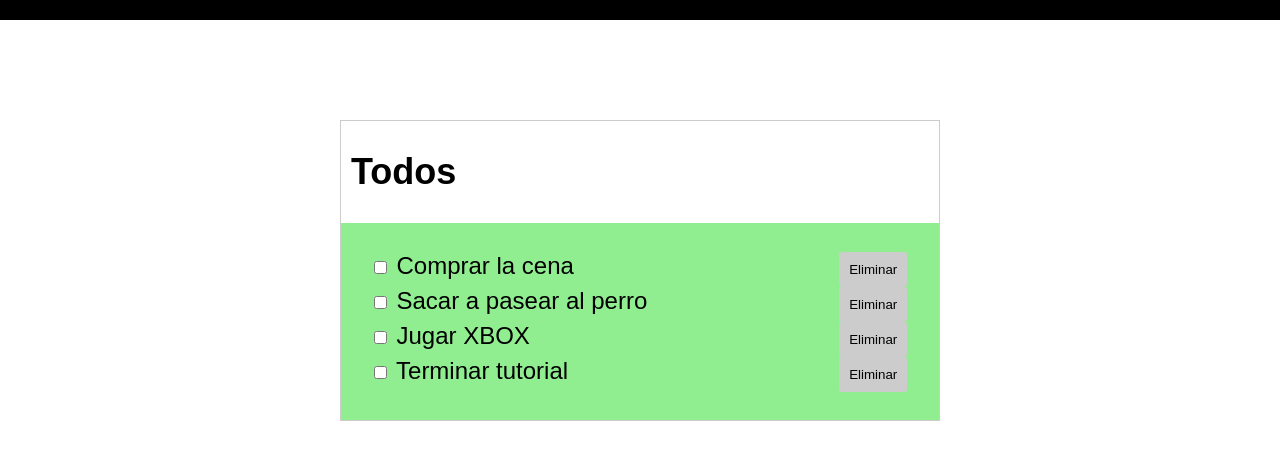
Repository: MauriVaz/Primer-app-con-Vue
Page: /
These files come from the project's save history. The page is drawn as it stood at one moment and after the next save; the edit follows.
The browser window is 1280 px wide. The pictures show the whole page.
The project was rebuilt for these pictures with package versions that can differ from the ones it lists, and the page was loaded fresh each time. Also part of the build but not shown: vue.config.js.

Above is the page before, as saved 2022-12-13 03:54:47.

After the next save:
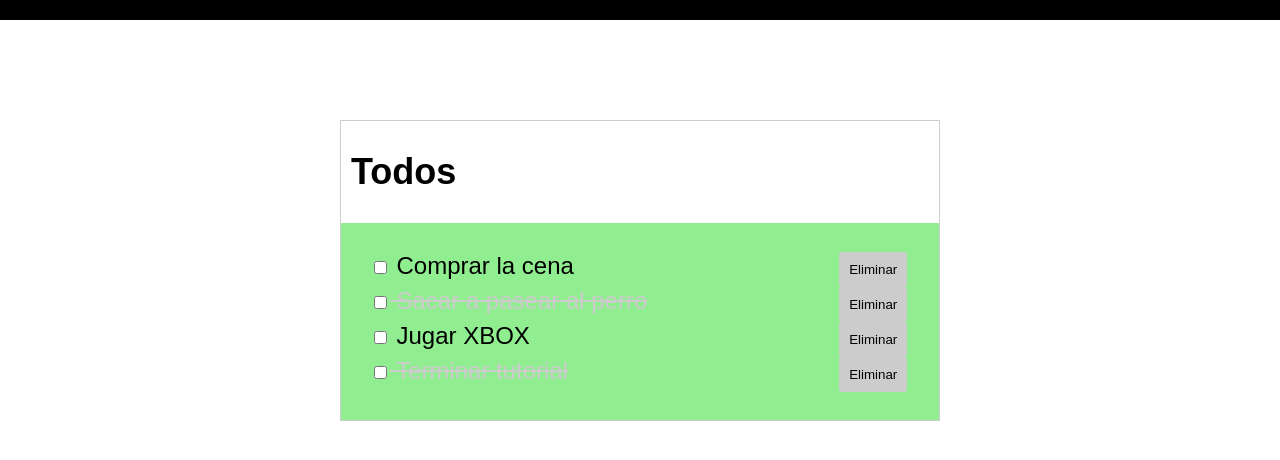
Saved 2 min 4 s later.
--- a/src/components/TodoItem.vue
+++ b/src/components/TodoItem.vue
@@ -1,6 +1,6 @@
 <template>
     <div>
-        <div class="todo-body">
+        <div v-bind:class="{completed:todo.completed}" class="todo-body">
             <input type="checkbox" />
             {{todo.title}}
         </div>
